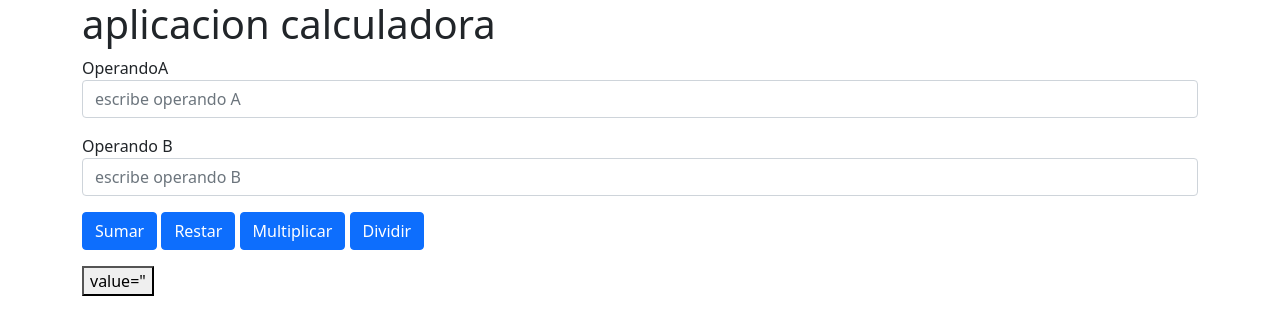
Repository: iwinser117/dw
Page: javascript udemy 43/ejercices/calculadora/index.html
These files come from the project's save history. The page is drawn as it stood at one moment and after a run of saves; the edit follows.
The browser window is 1280 px wide. The pictures show the whole page.

Above is the page before, as saved 2022-10-02 12:31:08.

### javascript udemy 43/ejercices/calculadora/index.html
<!doctype html>
<html>

<head>
    <meta charset="utf-8">
    <meta name="viewport" content="width=device-width, initial-scale=1">
    <link href="https://cdn.jsdelivr.net/npm/bootstrap@5.1.3/dist/css/bootstrap.min.css" rel="stylesheet"
        integrity="sha384-1BmE4kWBq78iYhFldvKuhfTAU6auU8tT94WrHftjDbrCEXSU1oBoqyl2QvZ6jIW3" crossorigin="anonymous">

    <title>aplicacion calculadora</title>
</head>

<body>
    <div class="container">
        <h1 class="display-3s">aplicacion calculadora</h1>

        <form id="forma">
            <div class="mb-3">
                <label for="operandoA">OperandoA</label>
                <input type="number"  class="form-control" id="operandoA" placeholder="escribe operando A">
            </div>
            <div class="mb-3">
                <label for="operandoB">Operando B</label>
                <input type="number" class="form-control" placeholder="escribe operando B" id="operandoB">
            </div>


    </form>

    <div class="btn-fcn" >
        <button class="btn btn-primary mb-3" onclick="sumar()">Sumar</button>

        <button class="btn btn-primary mb-3" onclick="restar()">Restar</button>

        <button class="btn btn-primary mb-3" onclick="multiplicar()">Multiplicar</button>

        <button class="btn btn-primary mb-3" onclick="dividir()">Dividir</button>


    </div>
    <button type="reset"> value="</button>

    <div id="resultado"></div>
    <div id="resultadoResta"></div>
    <div id="resultadoMultiplicar"></div>
    <div id="resultadoDivision"></div>


    </div>
    </div>


    <script src="https://cdn.jsdelivr.net/npm/bootstrap@5.1.3/dist/js/bootstrap.bundle.min.js"
        integrity="sha384-ka7Sk0Gln4gmtz2MlQnikT1wXgYsOg+OMhuP+IlRH9sENBO0LRn5q+8nbTov4+1p"
        crossorigin="anonymous"></script>
    <script src="js/app.js"></script>
</body>

</html>

### javascript udemy 43/ejercices/calculadora/js/app.js
const forma = document.getElementById(`forma`);
let operandoA = forma[`operandoA`];
let operandoB = forma[`operandoB`];




function sumar(){
    let resultado = parseInt(operandoA.value) + parseInt(operandoB.value);
    if (isNaN(resultado))
        resultado = `la operacion le faltan numeros`;
    document.getElementById(`resultado`).innerHTML = `resultado de la suma es : ${resultado}`;
    console.log(`resultado de la suma es : ${resultado}`);
}



function restar(){
    let resultadoResta = parseInt(operandoA.value) - parseInt(operandoB.value);
    if (isNaN(resultadoResta))
        resultadoResta = `la operacion le faltan numeros`;
    document.getElementById(`resultadoResta`).innerHTML = `resultado de la resta es : ${resultadoResta}`;
    console.log(`resultado de la resta es : ${resultadoResta}`);
}
function multiplicar(){
    let resultadoMultiplicar = parseInt(operandoA.value) * parseInt(operandoB.value);
    if (isNaN(resultadoMultiplicar))
        resultadoMultiplicar = `la operacion le faltan numeros`;
    document.getElementById(`resultadoMultiplicar`).innerHTML = `resultado de la multiplicacion es : ${resultadoMultiplicar}`;
    console.log(`resultado de la multiplicacion es : ${resultadoMultiplicar}`);
}

function dividir(){
    let resultadoDivision= parseInt(operandoA.value) / parseInt(operandoB.value);
    if (isNaN(resultadoDivision))
        resultadoDivision = `la operacion le faltan numeros`;
    document.getElementById(`resultadoDivision`).innerHTML = `resultado de la division es : ${resultadoDivision}`;
    console.log(`resultado de la division es : ${resultadoDivision}`);
}

After the next 2 saves:
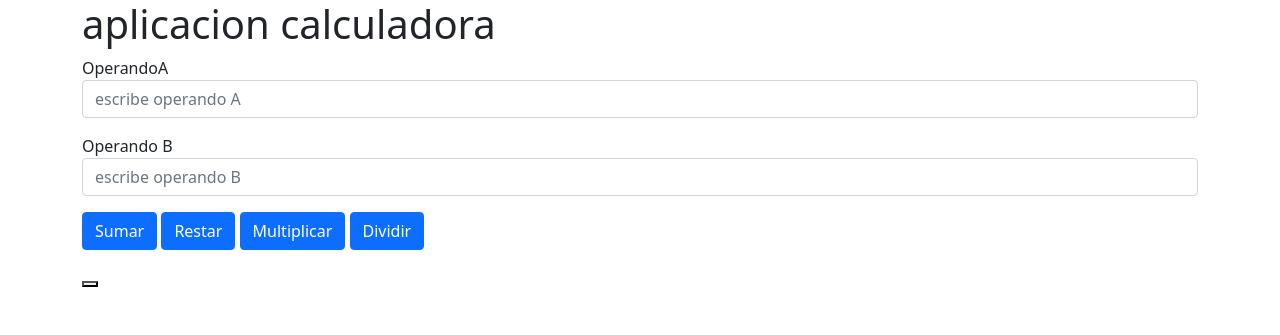
The 2 saves are shown as one change because they came seconds apart.
The last was saved 11 s later.
--- a/javascript udemy 43/ejercices/calculadora/index.html
+++ b/javascript udemy 43/ejercices/calculadora/index.html
@@ -38,7 +38,7 @@
 
 
     </div>
-    <button type="reset"> value="</button>
+    <button type="reset" value="Borrar"></button>
 
     <div id="resultado"></div>
     <div id="resultadoResta"></div>
